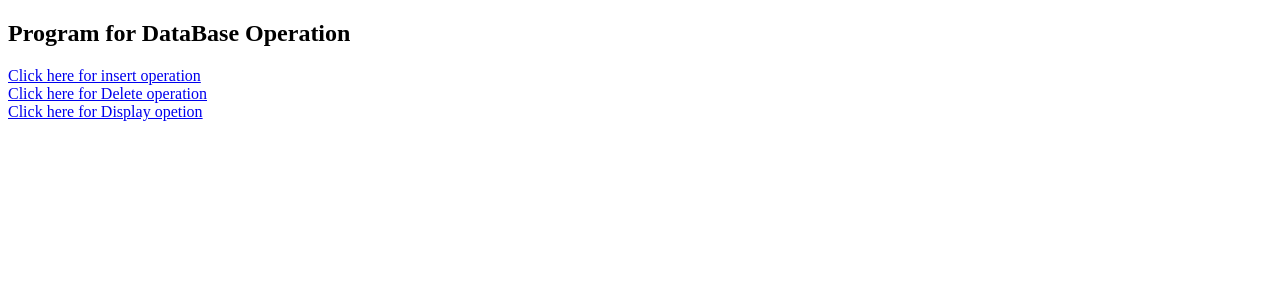
Repository: RushikeshChendake/Crud-Application
Page: Servlet_JSP-Crude/WebContent/index.html
An editor plug-in stored every save of this project. The page is shown before and after the next save, followed by the edit.
The browser window is 1280 px wide. The pictures show the whole page.

Above is the page before, as saved 2022-12-26 05:19:16.

After the next save:
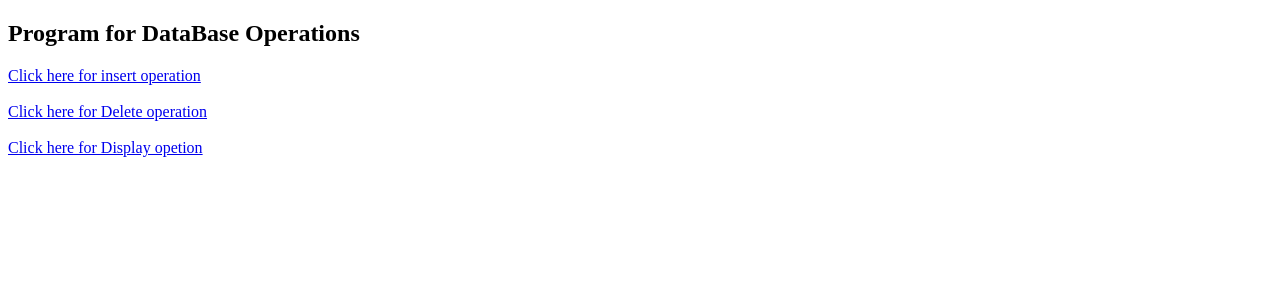
Saved 3 min 6 s later.
--- a/Servlet_JSP-Crude/WebContent/index.html
+++ b/Servlet_JSP-Crude/WebContent/index.html
@@ -5,9 +5,9 @@
 <title>Insert title here</title>
 </head>
 <body>
-<h2>Program for DataBase Operation</h2>
-<a href ="insert.html">Click here for insert operation</a><br>
-<a href ="delete.html">Click here  for Delete operation</a><br>
+<h2>Program for DataBase Operations</h2>
+<a href ="insert.html">Click here for insert operation</a><br><br>
+<a href ="delete.html">Click here  for Delete operation</a><br><br>
 <a href ="display.html">Click here for Display opetion</a><b></b>
 
 </body>
